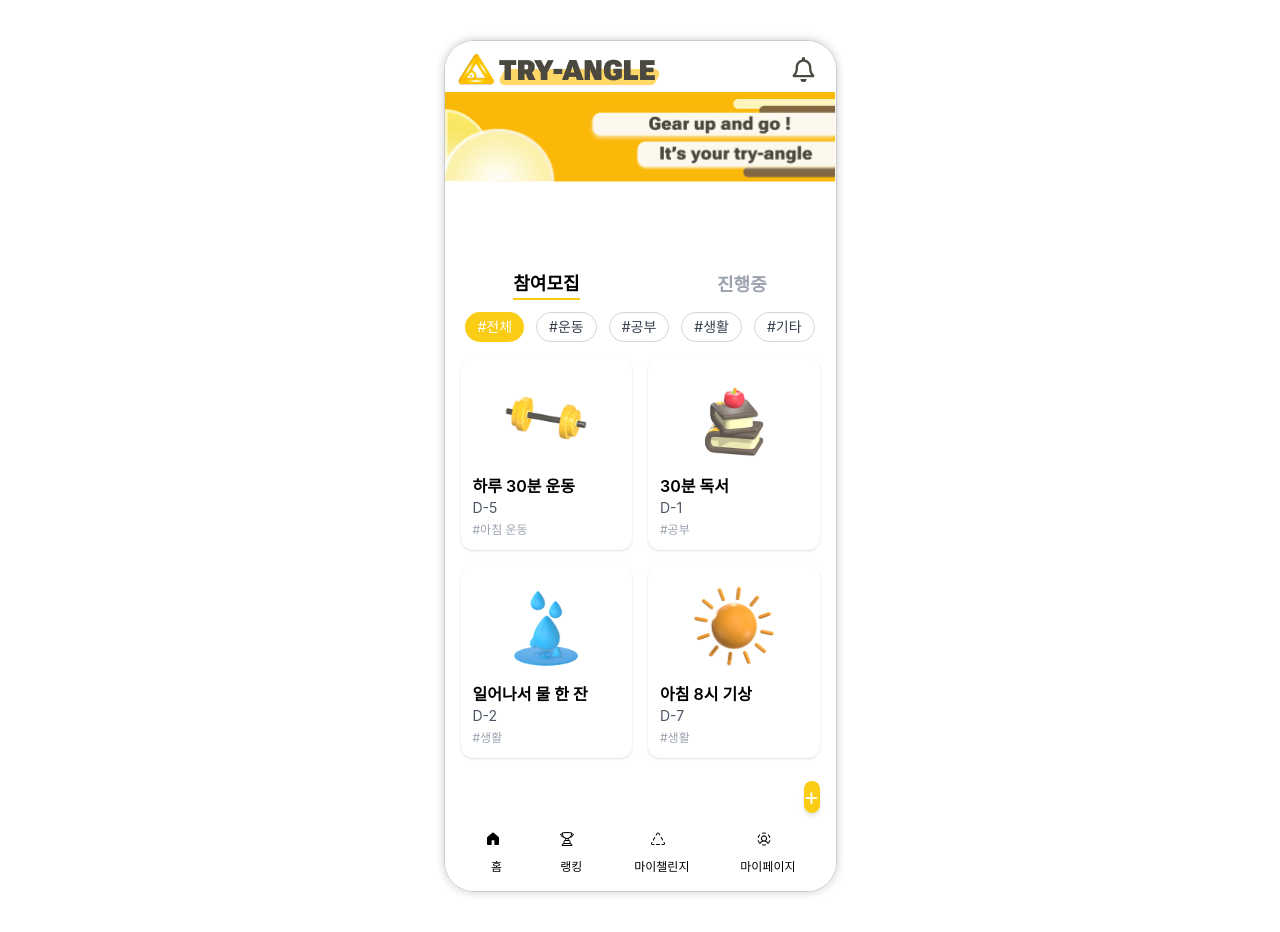
Repository: gusdk19/TryAngle-FE
Page: /
The author's editor kept a copy of each file at every save. The page is drawn from the files as they stood at one save, then again after the next save.
The browser window is 1280 px wide. The pictures show the whole page.
The project was rebuilt for these pictures with package versions that can differ from the ones it lists, and the page was loaded fresh each time. Also part of the build but not shown: src/App.css.

Above is the page before, as saved 2025-04-30 23:11:03.

### src/index.js
import React from 'react';
import ReactDOM from 'react-dom/client';
import "./styles/index.css";
import App from './App';
import reportWebVitals from './reportWebVitals';

const root = ReactDOM.createRoot(document.getElementById('root'));
root.render(
  <React.StrictMode>
    {/* <App /> */}
    <div className='iphone-frame'>
      <App/>
    </div>
  </React.StrictMode>
);

// If you want to start measuring performance in your app, pass a function
// to log results (for example: reportWebVitals(console.log))
// or send to an analytics endpoint. Learn more: https://bit.ly/CRA-vitals
reportWebVitals();

### src/styles/index.css
@tailwind base;
@tailwind components;
@tailwind utilities;

body {
  margin: 0;
  font-family: -apple-system, BlinkMacSystemFont, 'Segoe UI', 'Roboto', 'Oxygen',
    'Ubuntu', 'Cantarell', 'Fira Sans', 'Droid Sans', 'Helvetica Neue',
    sans-serif;
  -webkit-font-smoothing: antialiased;
  -moz-osx-font-smoothing: grayscale;
}

code {
  font-family: source-code-pro, Menlo, Monaco, Consolas, 'Courier New',
    monospace;
}

.iphone-frame {
  position: relative;
  width: 393px;
  height: 852px;
  border: 1px solid #ccc;
  margin: 40px auto;
  box-shadow: 0 0 10px rgba(0,0,0,0.2);
  overflow: auto;
  border-radius: 30px;
  background: white;
  padding: 0px 0px;

  -ms-overflow-style:none; /* IE and Edge */
  scrollbar-width:none; /* Firefox */
}

.iphone-frame::-webkit-scrollbar {
	display:none /* Chrome , Safari , Opera */
}

### src/App.js
import { BrowserRouter, Routes, Route } from 'react-router-dom';
import './App.css';

import Home from './pages/Home';
//import Alarm from './pages/Alarm';
//import ChallengeAdd from './pages/ChallengeAdd';

function App() {
  return (
    <BrowserRouter>
      <Routes>
        <Route path="/" element={<Home />} />
        {/*<Route path="/alarm" element={<Alarm />} /> */}
        { /*<Route path="/challenge/add" element={<ChallengeAdd />} />*/}
      </Routes>
    </BrowserRouter>
  );
}

export default App;

### src/pages/Home.js
import React, { useState } from 'react';
import Header from '../components/Header';
import Footer from '../components/Footer';
import dumbell from '../assets/images/finace/dumbell.png';
import books from '../assets/images/finace/books.png';
import water from '../assets/images/finace/water.png';
import sun from '../assets/images/finace/Sun.png';
import bannerImage from '../assets/images/common/banner_image.png';

const Home = () => {
  const [activeTab, setActiveTab] = useState('participating');
  const [activeCategory, setActiveCategory] = useState('전체');

  const categories = ['전체', '운동', '공부', '생활', '기타'];

  const challenges = [
    { id: 1, title: '하루 30분 운동', dday: 5, tag: '#아침 운동', image: dumbell },
    { id: 2, title: '30분 독서', dday: 1, tag: '#공부', image: books },
    { id: 3, title: '일어나서 물 한 잔', dday: 2, tag: '#생활', image: water },
    { id: 4, title: '아침 8시 기상', dday: 7, tag: '#생활', image: sun },
  ];

  const filteredChallenges =
    activeCategory === '전체'
      ? challenges
      : challenges.filter((c) => c.tag.includes(activeCategory));

  return (
    <div className="bg-white flex flex-row justify-center w-full">
      {/* 모바일 프레임 */}
      <div className="bg-white w-[393px] h-[852px] relative">
        <Header />
        {/* 배너 이미지 삽입 (Header 아래에 추가) */}
        <img src={bannerImage} alt="banner" className="w-full" />

        {/* 탭 영역 */}
        <div className="flex justify-around mt-4">
          <button
            className={`text-lg font-semibold ${
              activeTab === 'participating'
                ? 'border-b-2 border-yellow-400 text-black'
                : 'text-gray-400'
            }`}
            onClick={() => setActiveTab('participating')}
          >
            참여모집
          </button>
          <button
            className={`text-lg font-semibold ${
              activeTab === 'ongoing'
                ? 'border-b-2 border-yellow-400 text-black'
                : 'text-gray-400'
            }`}
            onClick={() => setActiveTab('ongoing')}
          >
            진행중
          </button>
        </div>

        {/* + 버튼 */}
        <button className="absolute bottom-20 right-4 bg-yellow-400 w-23 h-22 rounded-full text-white text-2xl shadow-md hover:bg-yellow-500 z-20">
          +
        </button>

        {/* 카테고리 */}
        <div className="flex justify-center gap-3 mt-3">
          {categories.map((category) => (
            <button
              key={category}
              className={`px-3 py-1 rounded-full text-sm ${
                activeCategory === category
                  ? 'bg-yellow-400 text-white'
                  : 'bg-white text-gray-700 border border-gray-300'
              }`}
              onClick={() => setActiveCategory(category)}
            >
              #{category}
            </button>
          ))}
        </div>

        {/* 챌린지 카드 */}
        <div className="flex-grow overflow-y-auto p-4 pb-[100px]">
          <div className="grid grid-cols-2 gap-4">
            {filteredChallenges.map((c) => (
              <div
                key={c.id}
                className="bg-white p-3 rounded-xl shadow hover:bg-yellow-200 transition"
              >
                <img
                  src={c.image}
                  alt={c.title}
                  className="w-full h-24 object-contain mb-2"
                />
                <p className="font-semibold">{c.title}</p>
                <p className="text-sm text-gray-600">D-{c.dday}</p>
                <p className="text-xs text-gray-400 mt-1">{c.tag}</p>
              </div>
            ))}
          </div>
        </div>

        <Footer page="home" />
      </div>
    </div>
  );
};

export default Home;

### src/components/Header.js
import React from "react";
import "../styles/Header.css";
import { FaRegBell } from "react-icons/fa";
import { useNavigate } from "react-router-dom";
import logo_name from "../assets/images/common/logo_name.png";

export default function Header() {
  const navigate = useNavigate();

  return (
    <div className="header flex flex-unwrap grow w-full pt-[4.5px]">
      {/* 로고 (왼쪽) */}
      <div className="logo-name my-auto flex-1 text-left align-middle cursor-pointer" onClick={() => navigate("/")}>
        <img src={logo_name} alt="try-angle_logo_name" />
      </div>

      {/* 알림 아이콘 (오른쪽) */}
      <div className="bell flex-none align-middle cursor-pointer">
        <FaRegBell
          className="bell-icon2 mt-[2px] text-[#4A483F]"
          onClick={() => navigate("/alarm")}
        />
      </div>
    </div>
  );
}

### src/components/Footer.js
import React from "react";
import "../styles/Header.css";
import { GoHome, GoHomeFill } from "react-icons/go";
import { HiTrophy, HiOutlineTrophy } from "react-icons/hi2";
import { PiUserCircleDashed, PiUserCircleDuotone, PiTriangleDashedFill, PiTriangleDashed } from "react-icons/pi";
import { useNavigate } from "react-router-dom";

export default function Footer({ page }) {
  const navigate = useNavigate();

  const navigationItems = [
    {
      icon: page === "home" ? <GoHomeFill className="icon" /> : <GoHome className="icon" />,
      label: "홈",
      route: "/",
    },
    {
      icon: page === "ranking" ? <HiTrophy className="icon" /> : <HiOutlineTrophy className="icon" />,
      label: "랭킹",
      route: "/rank",
    },
    {
      icon: page === "myChallenge" ? <PiTriangleDashedFill className="icon" /> : <PiTriangleDashed className="icon" />,
      label: "마이챌린지",
      route: "/mychallenge",
    },
    {
      icon: page === "myPage" ? <PiUserCircleDuotone className="icon" /> : <PiUserCircleDashed className="icon" />,
      label: "마이페이지",
      route: "/mypage",
    },
  ];

  return(
    <footer className="absolute w-full h-[70px] bottom-0 left-0 bg-white px-4 pt-2">
      <div className="flex justify-between items-center px-6">
        {navigationItems.map((item, index) => (
          <div key={index} className="flex flex-col items-center cursor-pointer" onClick={()=>{navigate(item.route);}}>
            <div className="w-6 h-6">{item.icon}</div>
            <span className="text-xs mt-1">{item.label}</span>
          </div>
        ))}
      </div>
    </footer>
);
}

### src/styles/Header.css
.header{
    display: flex;
    flex-wrap: nowrap;
    justify-content: space-between;
    position: relative;
    width: 100%;
    height: 51px;
    text-align: center;
    vertical-align: middle;
}

.title{
    display: grid;
    place-items: center;
    flex-grow: 1;
    vertical-align: middle;
}

.logo-name{
    display: grid;
    place-items: start;
    flex-grow: 1;
    vertical-align: middle;
    margin-left: 13px;
}

.title-text{
    position: absolute;
    left:50%;
    transform: translateX(-50%);
    font-weight: bold;
    font-size: large;
}

.bell{
    display: grid;
    place-items: center;
    flex-shrink: 0;
    vertical-align: middle;
    margin-right:20px;

}

.bell-icon{
    width: 20px;
    height:20px;
}

.bell-icon2{
    width: 25px;
    height:25px;
}

.back{
    display: grid;
    place-items: center;
    flex-shrink: 0;
    vertical-align: middle;
    margin-left:20px;

}

.back-icon{
    width: 20px;
    height:20px;
}

### tailwind.config.js
/** @type {import('tailwindcss').Config} */
module.exports = {
    content: [
        "./src/**/*.{js,jsx,ts,tsx}",
    ],
    theme: {
      extend: {},
    },
    plugins: [],
  }

Loaded but not shown: public/index.html (common file); src/reportWebVitals.js (common file)

After the next save:
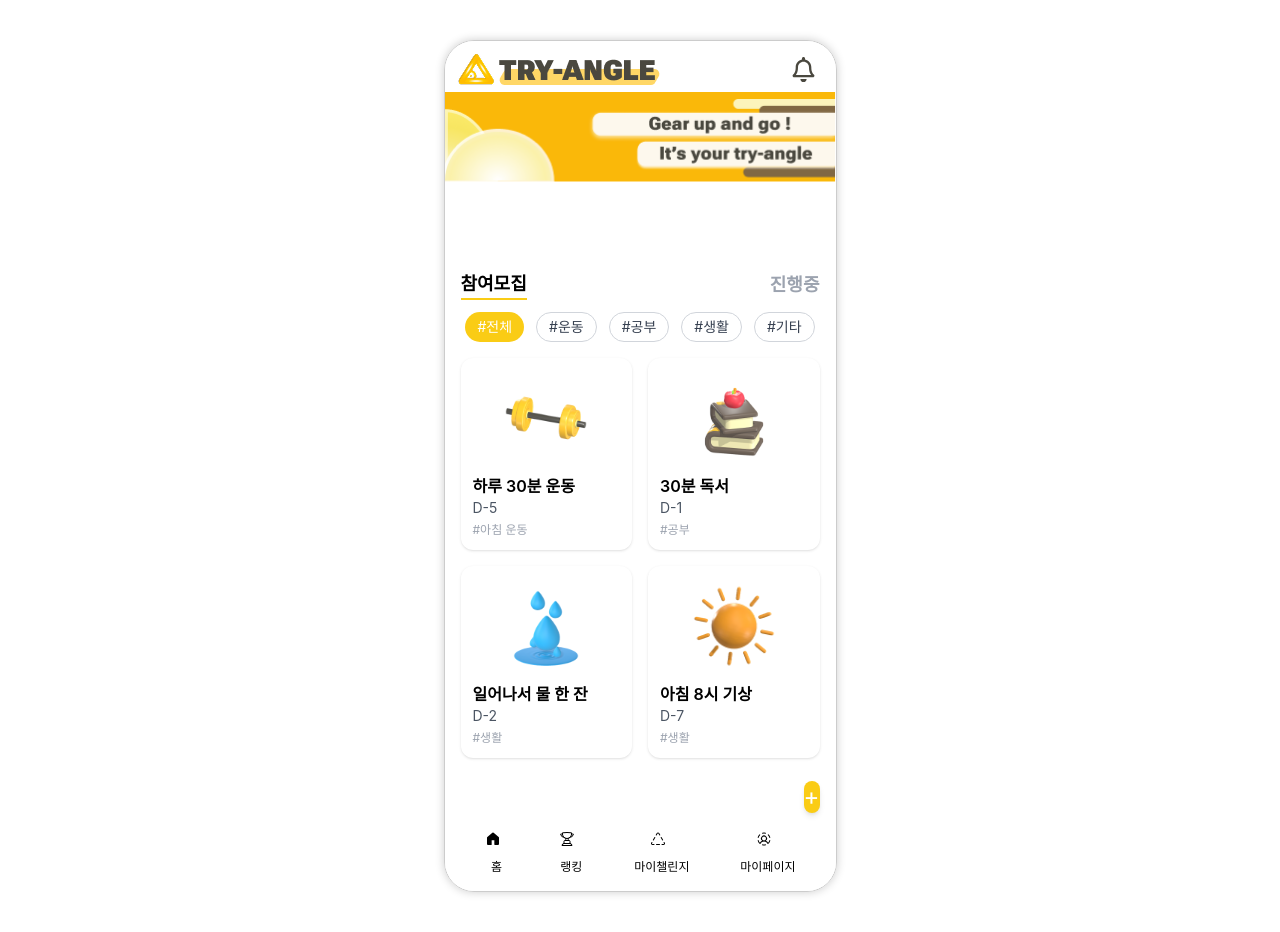
Saved 80 s later.
--- a/src/pages/Home.js
+++ b/src/pages/Home.js
@@ -34,7 +34,7 @@ const Home = () => {
         <img src={bannerImage} alt="banner" className="w-full" />
 
         {/* 탭 영역 */}
-        <div className="flex justify-around mt-4">
+        <div className="flex justify-between items-center px-4 mt-4">
           <button
             className={`text-lg font-semibold ${
               activeTab === 'participating'
